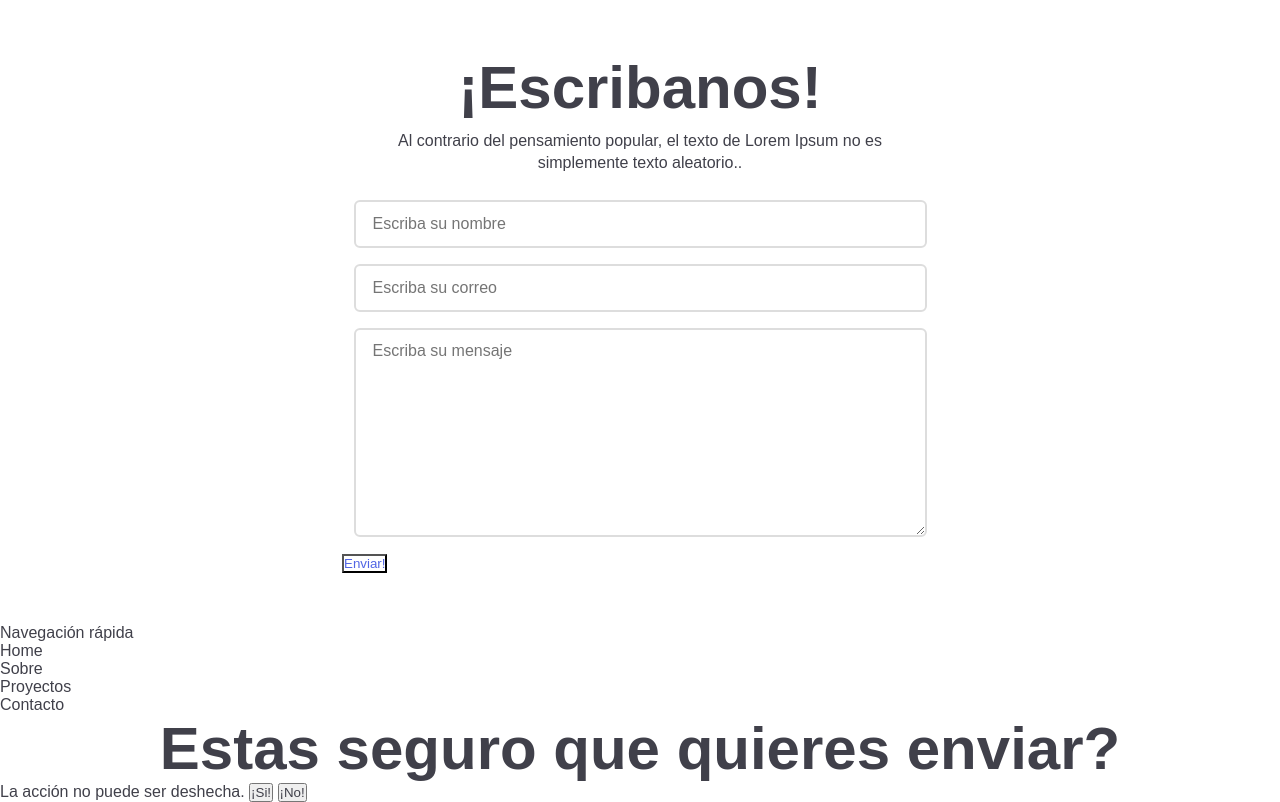
Repository: robsonmarkes/accesibilidad
Page: index.html
An editor plug-in stored every save of this project. The page is shown before and after the next save, followed by the edit.
The browser window is 1280 px wide. The pictures show the part of the page from y = 1369 to 2195 px (the page is 2171 px tall before and 2195 px after).
A picture or video elsewhere on the page could not be fetched, so the positions and the page height are approximate.

Above is the page before, as saved 2022-10-11 11:05:40.

### index.html
<!DOCTYPE html>
<html lang="en">
<head>
    <meta charset="UTF-8">
    <meta http-equiv="X-UA-Compatible" content="IE=edge">
    <meta name="viewport" content="width=device-width, initial-scale=1.0">
    <title>Mi empresa portal</title>
    <link rel="stylesheet" href="style.css">
</head>
<body>
    <!-- wrong way -->
    <div class="wrap">
        <div class="header">
            <a href="http://google.com" class="logo">
                <img src="https://www.pngarts.com/files/3/Logo-PNG-Transparent-Image.png" alt="" srcset="">
            </a>
            <ul>
                <li>
                    <a href="#" target="_blank" rel="noopener noreferrer">Home</a>
                </li>
                <li>
                    <a href="#" target="_blank" rel="noopener noreferrer">Proyectos</a>
                </li>
                <li>
                    <a href="#" target="_blank" rel="noopener noreferrer">Contacto</a>
                </li>
            </ul>
        </div>
        <div class="content">
            <div class="article">
                <h1>Bienvenido!</h1>
                <p>
                    Lorem Ipsum es simplemente el texto de relleno de las imprentas y archivos de texto. Lorem Ipsum ha sido el texto de relleno estándar de las industrias desde el año 1500, cuando un impresor (N. del T. persona que se dedica a la imprenta) desconocido usó una galería de textos y los mezcló de tal manera que logró hacer un libro de textos especimen. No sólo sobrevivió 500 años, sino que tambien ingresó como texto de relleno en documentos electrónicos, quedando esencialmente igual al original. Fue popularizado en los 60s con la creación de las hojas "Letraset", las cuales contenian pasajes de Lorem Ipsum, y más recientemente con software de autoedición, como por ejemplo Aldus PageMaker, el cual incluye versiones de Lorem Ipsum.
                </p>
                <div class="buttons">
                    <button class="primary">Empezar!</button>
                    <button class="secondary">Contacto</button>
                </div>
            </div>
            <hr />
            <div class="article">
                <h1>Nuestra empresa</h1>
                <p>
                    Es un hecho establecido hace demasiado tiempo que un lector se distraerá con el contenido del texto de un sitio mientras que mira su diseño. El punto de usar Lorem Ipsum es que tiene una distribución más o menos normal de las letras, al contrario de usar textos como por ejemplo "Contenido aquí, contenido aquí". Estos textos hacen parecerlo un español que se puede leer. Muchos paquetes de autoedición y editores de páginas web usan el Lorem Ipsum como su texto por defecto, y al hacer una búsqueda de "Lorem Ipsum" va a dar por resultado muchos sitios web que usan este texto si se encuentran en estado de desarrollo. Muchas versiones han evolucionado a través de los años, algunas veces por accidente, otras veces a propósito (por ejemplo insertándole humor y cosas por el estilo).
                </p>
                <img src="https://cdn-dynmedia-1.microsoft.com/is/image/microsoftcorp/O2019-Hero-image-x2:VP1-539x440?resMode=sharp2&op_usm=1.5,0.65,15,0&wid=1920&hei=720&qlt=75&fit=constrain" alt="">
            </div>
            <hr />
            <div class="article">
                <h1>¡Escribanos!</h1>
                <p>
                    Al contrario del pensamiento popular, el texto de Lorem Ipsum no es simplemente texto aleatorio..
                </p>
                <form action="">
                    <fieldset>
                        <legend>En formulário de ejemplo</legend>
                        <div class="form-group">
                            <label for="name">nombre:</label>
                            <input type="text" name="name" id="name" placeholder="Escriba su nombre">
                        </div>
                        <div class="form-group">
                            <label for="email">correo:</label>
                            <input type="text" name="email" id="email" placeholder="Escriba su correo">
                        </div>
                        <div class="form-group">
                            <label for="message">mensaje:</label>
                            <textarea name="message" id="message" cols="30" rows="10" placeholder="Escriba su mensaje"></textarea>
                        </div>
                        <button>Enviar!</button>
                    </fieldset>
                </form>
            </div>
        </div>
        <div class="footer">
            <span>Navegación rápida</span>
            <ul>
                <li>
                    <a href="#" target="_blank" rel="noopener noreferrer">Home</a>
                </li>
                <li>
                    <a href="#" target="_blank" rel="noopener noreferrer">Sobre</a>
                </li>
                <li>
                    <a href="#" target="_blank" rel="noopener noreferrer">Proyectos</a>
                </li>
                <li>
                    <a href="#" target="_blank" rel="noopener noreferrer">Contacto</a>
                </li>
            </ul>
        </div>
        <div class="modal">
            <h2 class="title">Estas seguro que quieres enviar?</h2>
            <span>La acción no puede ser deshecha.</span>
            <button>¡Si!</button>
            <button>¡No!</button>
        </div>
    </div>
</body>
</html>

### style.css
:root {
    --primary-bg: rgb(81, 101, 228);
    --primary-color: #fff;
    --secondary-bg: #ffffff;
    --secondary-color: rgb(64, 64, 74);
    --body-bg: rgb(64, 64, 74);
    --transition-time: 0.2s;
  }

body, * {
    margin: 0;
    padding: 0;
    list-style-type: none;
    text-decoration: none;
    font-family:Arial, Helvetica, sans-serif;
    color: var(--secondary-color);
}

body a:hover {
    color: var(--primary-color);
}

.wrap {
    width: 100%;
    height: auto;
    margin: 0 auto;

}

.wrap .header {
    display: flex;
    align-items: center;
    background-color: var(--primary-bg);
}

.wrap .header  img {
    filter: invert(100%);
    height: 64px;
}

.wrap .header ul {
    display: flex;
}
.wrap .header ul li {
    padding: 1rem;
}
.wrap .header a {
    color: var(--primary-color);
}

.wrap .content {
    width: 100%;
    min-width: 400px;
    margin: 0;
}

.wrap .content hr {
    color: var(--body-bg);
    opacity: 0.2;
}

.wrap .content .article {
    margin: 0 auto;
    padding: 64px 0 48px;
    max-width: 600px;
    line-height: 1.4;
}

.wrap .content .article h1, h2, h3 {
    font-size: 3.75rem;
    padding-bottom: 0.35;
    text-align: center;
}

.wrap .content .article p {
    font-size: 1rem;
    text-align: center;
    padding: 0 1rem 1rem;
}

.wrap .content .article img {
    margin: 0 auto;
    max-width: 100%;
    padding: 1rem;
}

.wrap .content .article .buttons {
    max-width: 220px;
    margin: 0 auto;
    display: flex;
}

.wrap .content .article .buttons button {
    font-size: 1rem;
    padding: 0.5rem 1rem;
    margin: 4px;
    border: 2px solid;
    border-radius: 4px;
    cursor: pointer;
    background-color: transparent;
}

.wrap .content .article .buttons button.primary {
    background-color: var(--primary-color);
    color: var(--primary-bg);
    transition: var(--transition-time) background-color;
}

.wrap .content .article .buttons button.primary:hover {
    background-color: var(--primary-bg);
    color: var(--primary-color);
    border-color: var(--primary-bg);
}

.wrap .content .article .buttons button.secondary {
    background-color: var(--secondary-color);
    color: var(--secondary-bg);
    border-color: var(--secondary-color);
    transition: var(--transition-time) background-color;
}

.wrap .content .article .buttons button.secondary:hover {
    background-color: var(--secondary-bg);
    color: var(--secondary-color);
    border-color: var(--secondary-color);
}

.wrap .content .article form {
    width: 100%;
    margin: 0 auto;
}

.wrap .content .article form fieldset {
    border-color: transparent;
}

.wrap .content .article form fieldset legend {
    opacity: 0;
    font-size: 0px;
}

.wrap .content .article form .form-group {
    display: block;
}

.wrap .content .article form .form-group label {
    opacity: 0;
    font-size: 0px;
}

.wrap .content .article form .form-group input, .wrap .content .article form .form-group textarea {
    font-size: 1rem;
    padding: 0.8rem 1rem;
    margin: 0.5rem;
    border: 2px solid #ddd;
    border-radius: 6px;
    width: 90%;
}

.wrap .content .article form fieldset button {
    background-color: var(--primary-color);
    color: var(--primary-bg);
    transition: var(--transition-time) background-color;
}

After the next save:
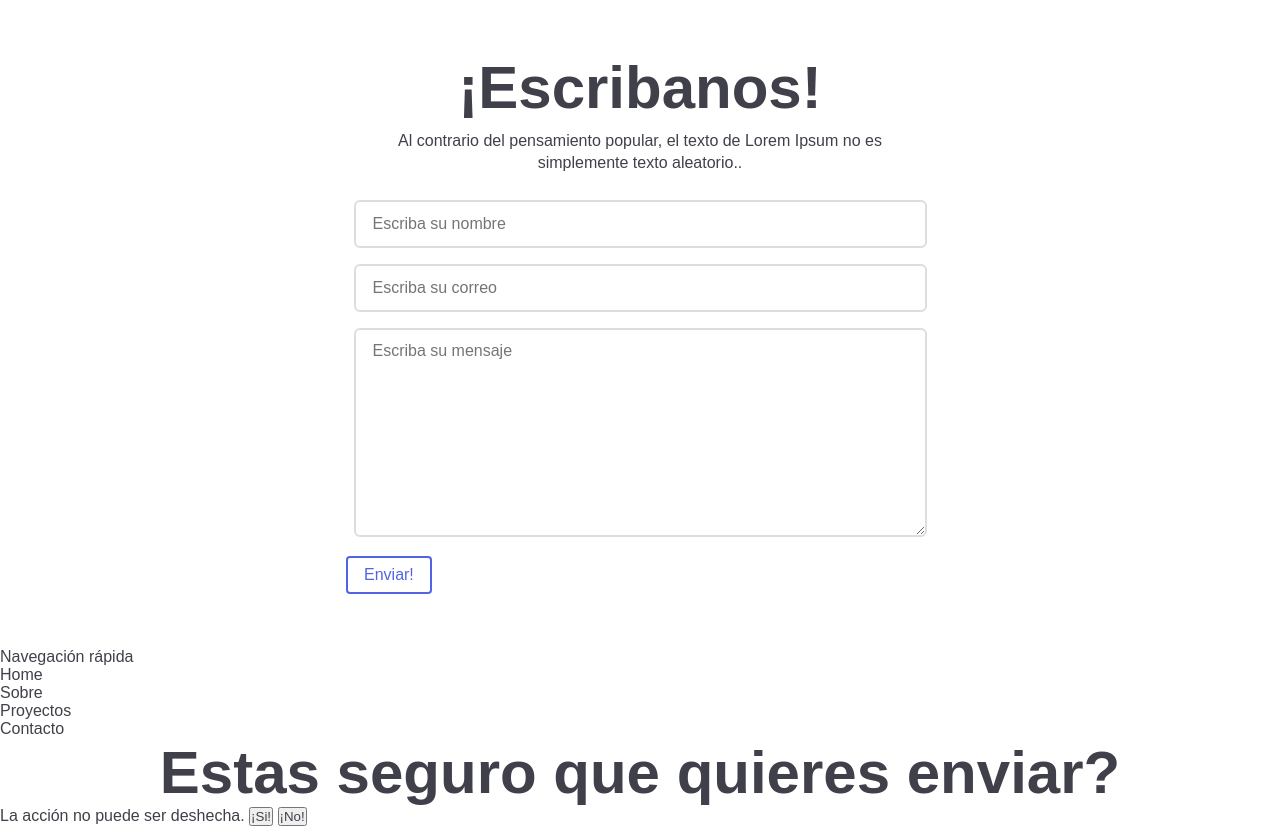
Saved 35 s later.
--- a/style.css
+++ b/style.css
@@ -158,6 +158,12 @@ body a:hover {
 }
 
 .wrap .content .article form fieldset button {
+    font-size: 1rem;
+    padding: 0.5rem 1rem;
+    margin: 4px;
+    border: 2px solid;
+    border-radius: 4px;
+    cursor: pointer;
     background-color: var(--primary-color);
     color: var(--primary-bg);
     transition: var(--transition-time) background-color;
